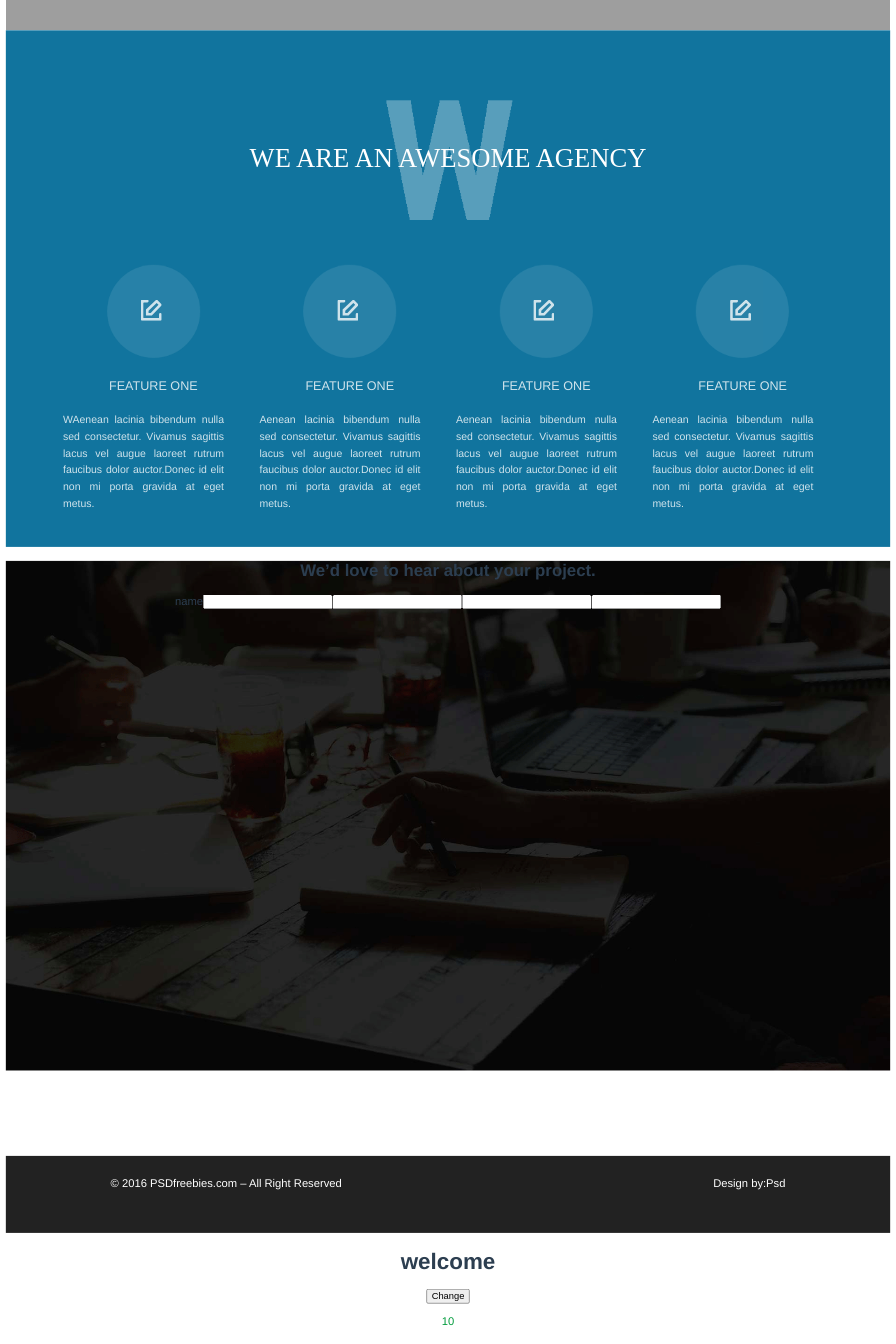
Repository: joker506/Creatives
Page: /
These files come from the project's save history. The page is drawn as it stood at one moment and after the next save; the edit follows.
The browser window is 1280 px wide. The pictures show the part of the page from y = 796 to 2716 px (the page is 2716 px tall before and 1846 px after), at 70% of full size.
Pictures or frames that could not be fetched are drawn as grey boxes. The project was rebuilt for these pictures with package versions that can differ from the ones it lists, and the page was loaded fresh each time.

Above is the page before, as saved 2020-04-11 21:05:35.

### public/index.html
<!DOCTYPE html>
<html lang="ru">

<head>
    <meta charset="utf-8">
    <meta http-equiv="X-UA-Compatible" content="IE=edge">
    <meta name="viewport" content="width=device-width,initial-scale=1.0">
    <link rel="icon" href="<%= BASE_URL %>favicon.ico">
    <title>
        <%= htmlWebpackPlugin.options.title %>
    </title>
</head>

<body>
    <noscript>
      <strong>We're sorry but <%= htmlWebpackPlugin.options.title %> doesn't work properly without JavaScript enabled. Please enable it to continue.</strong>
    </noscript>
    <div id="app"></div>
    <!-- built files will be auto injected -->
</body>

</html>

### src/main.js
import Vue from 'vue'
import Vuelidate from 'vuelidate'
import App from './App.vue'

Vue.use(Vuelidate)

Vue.config.productionTip = false

new Vue({
    render: h => h(App),
}).$mount('#app')

### src/App.vue
<template>
  <div id="app">
<HeaderApp />
<AdvantagesApp />
<TeamApp />
<FormApp />
<FooterApp />

    <HelloWorld
    @clicks="clickUp($event)"
       :msg=msg
       :counter=counter />
  </div>
</template>

<script>
import HelloWorld from './components/HelloWorld.vue'
import HeaderApp from './components/HeaderApp.vue'
import AdvantagesApp from './components/AdvantagesApp.vue'
import TeamApp from './components/TeamApp.vue'
import FormApp from './components/FormApp.vue'
import FooterApp from './components/FooterApp.vue'

export default {
  name: 'App',
  data(){

    return{
    msg:"welcome",
    counter:10,


    }

  },
  components: {
    HelloWorld,
    AdvantagesApp,
    HeaderApp,
    TeamApp,
    FormApp,
    FooterApp
  },
  methods:{
    clickUp(event){
      console.log("click")
      this.counter=event
    }
  }
}
</script>

<style>
#app {
  font-family: Avenir, Helvetica, Arial, sans-serif;
  -webkit-font-smoothing: antialiased;
  -moz-osx-font-smoothing: grayscale;
  text-align: center;
  color: #2c3e50;
  overflow: hidden;

}
</style>

### src/components/HelloWorld.vue
<template>
  <div class="hello">
    <h1>{{ msg }} </h1>
   <button @click="clickDown">Change</button>
   <p>{{counter}}</p>

  </div>
</template>

<script>
export default {
  name: 'HelloWorld',

  props: {
    msg: String,
    counter:Number

  },
  methods:{
    clickDown(){
      console.log("Your Click!")
      this.$emit("clicks",this.counter+1)

    }
  }
}
</script>

<style scoped>
h3 {
  margin: 40px 0 0;
}
ul {
  list-style-type: none;
  padding: 0;
}
li {
  display: inline-block;
  margin: 0 10px;
}
a {
  color: #42b983;
}
p{
  color:rgb(3, 156, 62);
}
</style>

### src/components/HeaderApp.vue
<template>

<header class="header">

<div class="header__top">
<a class="logo" href="#" >
    <img src="@/assets/Logo1.png" alt="logo">
</a>
<nav class="main-nav">
    <ul class="main-nav__items">
        <li class="item">
            <a href="#">Home</a> </li>
        <li class="item">
            <a href="#">Pages</a> </li>
        <li class="item">
            <a href="#">Features</a> </li>
        <li class="item">
            <a href="#">Extensions</a> </li>
        <li class="item">
            <a href="#">Tutorials</a> </li>
        <li class="item">
            <a href="#">Contact us</a> </li>
    </ul>
</nav>

<div class="social">
    <ul class="social__items">
        <li class="social__item social__item--fb">
            <a class="social__link" href="#"></a></li>
        <li class="social__item social__item--insta">
            <a class="social__link" href="#"></a></li>
        <li class="social__item social__item--teleg">
            <a class="social__link" href="#"></a></li>
        <li class="social__item social__item--vk">
            <a class="social__link" href="#"></a></li>
    </ul>
</div>

</div>
<div class="header__main">

<h1 class="header__title" >Creatives</h1>
<p class="text"><a href="Power by PSDfreebies.com"> Power by PSDfreebies.com</a></p>

<span class="btn__main">
    <a @click="scrollDown" href="#team" class="btn__main-link">scroll down</a>
</span>
</div>


</header>

</template>

<script>
export default {
    name:'HeaderApp',
    methods:{
        scrollDown(){
            console.log("scroll")
        }
    },

    directives:{
        font:{
            bind(el){
            el.style.fontSize='50px'
            }
        },
        color:{
            bind(el){
                el.style.color='#ffffff'
            }
        }
    }


}
</script>

<style lang="scss">
.header{
    margin: 0;
    padding: 0;
    max-width: 1600px;
    padding-top: 20px;
    font-size: 18px;
    background-image: url("~@/assets/Layer96.jpg");
    background-repeat: no-repeat;
    background-position: 0 0;
    background-size: cover;
}

.header__top{
    padding-right: 15px;
    padding-left: 15px;
    display: flex;
    justify-content: space-between;
    height: 90px;
    border-bottom: 3px solid hsla(0, 0%, 47%, 0.5);
}
.wrapper{
    width: 1200px;
}
.logo {
    list-style: none;
    cursor: pointer;
    color: #000000 ;
    &>img{
    width:79px;
    height:75px;
    }
}

.main-nav{
margin-left: 220px;
margin-right: 40px;
//border: 1px solid greenyellow;
}
.main-nav__items{
padding: 0;
margin: 0;
display: flex;
justify-content: space-between;
width: 700px;
height: 85px;
}
.item{
    width: 100px;
    height: 83px;
    list-style: none;
    font-family: "Myriad Pro";
    font-size: 20px;
    font-weight: 400;
    color: #ffffff;
    &:hover{
        border-bottom: 6px solid #11749e;
    }
    &>a{
        display: block;
        padding-top: 30px;
        height: 50px;
        text-decoration: none;
        color: #868686;
   /*  &:hover{
        color: blue;
    } */

    }
}
.social{
width: 141px;
}
.social__items{
    margin: 0;
    padding: 0;
    display: flex;
    justify-content: space-between;
    list-style: none;
}

.social__item{
    width: 20px;
    height: 20px;
    margin-top: 30px;
    position: relative;
    &--fb{
        background-image: url("~@/assets/facebook.svg");
        &:hover{
        background-image: url("~@/assets/fb-active.svg");
        }
    }
     &--insta{
        background-image: url("~@/assets/instagram.svg");
    }
     &--teleg{
        background-image: url("~@/assets/telegram.svg");
    }
     &--vk{
        background-image: url("~@/assets/vk.svg");
    }
    &::before{
        content: '';
        position: absolute;
        width: 30px;
        height: 30px;
         background-position: 0 0;
        background-repeat: no-repeat;
}
}


.social__link{
    display: block;
    padding-top: 30px;
    height: 50px;
    color: #868686;
    text-decoration: none;
}
/*
.header__main{
    height: 766px;
} */

.header__title{
    margin: 0 auto;
    margin-top: 130px;
    font-family: Gotham;
    font-size: 153px;
    font-weight: 700;
    text-transform: uppercase;
    letter-spacing: -1.92px;
}

.text{
margin: 0 auto;
margin-top: 30px;
color: #11749e;
font-family: Gotham;
font-size: 25px;
font-weight: 500;
line-height: 51.19px;
text-transform: uppercase;
letter-spacing: 7.88px;
}
.text>a{
    text-decoration: none;
    color: bisque;
}
.btn__main{
    display: block;
    margin-top: 115px;
    padding-bottom: 115px;
    position: relative;

}
.btn__main-link{
    color:beige;
    cursor: pointer;
    font-weight: 500;
    line-height: 22px;
    text-transform: capitalize;
        &::after{
        content: '';
        display: block;
        left: 50%;
        margin: auto;
        margin-top: 15px;
        width: 65px;
        height: 65px;
        background-image: url("~@/assets/chevron.svg");
        background-repeat: no-repeat;
        background-position: 0 0;
        background-size: cover;
        }
        &:hover{
color: #11749e;
}
}



</style>

### src/components/AdvantagesApp.vue
<template >
<section class="advantages" >
    <div class="wrap">
<h2 class="advantages__title">
    We Are An Awesome Agency
</h2>
    </div>
    <div class="advantages-block">
<div class="block__first">
   <div><img src="~@/assets/Ellipse1.png" alt="ellipse"></div>
    <h3 class="block__title">Feature One</h3>
    <p class="block__text">WAenean lacinia bibendum nulla sed consectetur. Vivamus sagittis lacus vel augue laoreet rutrum faucibus dolor auctor.Donec id elit non mi porta gravida at eget metus.
</p>
</div>
<div class="block__first">
    <div><img src="~@/assets/Ellipse1.png" alt="ellipse"></div>
    <h3 class="block__title">Feature One</h3>
     <p class="block__text">Aenean lacinia bibendum nulla sed consectetur. Vivamus sagittis lacus vel augue laoreet rutrum faucibus dolor auctor.Donec id elit non mi porta gravida at eget metus.
</p>
</div>
<div class="block__first">
    <div><img src="~@/assets/Ellipse1.png" alt="ellipse"></div>
    <h3 class="block__title">Feature One</h3>
     <p class="block__text">Aenean lacinia bibendum nulla sed consectetur. Vivamus sagittis lacus vel augue laoreet rutrum faucibus dolor auctor.Donec id elit non mi porta gravida at eget metus.
</p>
</div>
<div class="block__first">
    <div><img src="~@/assets/Ellipse1.png" alt="ellipse"></div>
    <h3 class="block__title">Feature One</h3>
    <p class="block__text">Aenean lacinia bibendum nulla sed consectetur. Vivamus sagittis lacus vel augue laoreet rutrum faucibus dolor auctor.Donec id elit non mi porta gravida at eget metus.
</p>
</div>
</div>

</section>
</template>

<script>
export default {
    name:'AdvantagesApp',

}
</script>

<style lang="scss">

.advantages{
max-width: 1600px;
height: 738px;
background-color: #11749e;
}
.wrap{
    margin: 0;
}
.advantages-logo{
margin-top: 108px;
    opacity: 0.3 ;
}

.advantages__title{
    margin: 0;
padding-top: 170px;
margin-bottom: 140px;
color: #ffffff;
font-family: Gotham;
font-size: 38px;
font-weight: 500;
line-height: 25px;
text-transform: uppercase;
position: relative;
&::before{
    content: '';
    position: absolute;
    top: 100px;
    left: 43%;
    width: 180px;
    height: 180px;
    opacity: 0.3;
    background-image: url("~@/assets/W.png");
    background-size: contain;
    background-repeat: no-repeat;
    background-position: 0 0;
}
}
.advantages-block{
    width: 1100px;
    margin: 0 auto;
    display: flex;
    justify-content: space-between;
}
.block__first{
    width: 258px;

    color: #ffffff;
    opacity: 0.8;


}
.block__first>div{
    opacity: 1;
    position: relative;
      &::before{
    content: '';
    position: absolute;
    top: 50px;
    left: 111px;
    width: 30px;
    height: 30px;
    background-image: url("~@/assets/Write.svg");
    background-position: 0 0;
    background-repeat: no-repeat;
    background-size: contain;
}
    }


.block__title{
    font-size: 18px;
font-weight: 500;
line-height: 36px;
text-transform: uppercase;

}
.block__text{
    width: 230px;
text-align: justify;    ;
font-size: 15px;
font-weight: 400;
line-height: 24px;
}
</style>

### src/components/TeamApp.vue
<template>
<section class="team" id="team">
<div class="wrap">
<h2 class="team__title">Our Team</h2>
<p class="team__text">sales long tail influencer pitch release niche market.</p>
</div>

<div class="team-block">

<div v-for="staff in staffs" :key="staff.id" class="staff__first" >
    <img :src="require('@/assets'+staff.img)" alt="">
    <div class="staff-wrap">
    <h3 class="staff__title">{{staff.name}}</h3>
    <span class="staff__prof">{{staff.proff}}</span>
    </div>
</div>

    </div>

    </section>
</template>

<script>
export default {
    name:'TeamApp',
    data(){
        return{
            staffs:[
                {
                    id:1,
                    name:"JOHN SNOW",
                    proff:"CEO",
                    img:'/Layer81.png'
                },
                {
                    id:2,
                    name:"LADY SANSA",
                    proff:"WebDesigner",
                    img:'/Layer82.png'
                },
                {
                    id:3,
                    name:"JOHN MMAc",
                    proff:"Pgotographer",
                    img:'/Layer83.png'
                },
                {
                    id:4,
                    name:"LADY SIMPS",
                    proff:"Pgotographer",
                    img:'/Layer84.png'
                },


            ]
        }
    }
}
</script>

<style lang="scss">
.team{
    margin: 0;
    padding: 0;
    max-width: 1600px;
padding-bottom: 10px;
background-color: #f3f0f0;
}
.team__title{
margin: 0;
padding: 0;
padding-top: 140px;
font-size: 38px;
font-weight: 500;
line-height: 45px;
text-transform: uppercase;
position: relative;
&::before{
    content: '';
    position: absolute;
    top: 70px;
    left: 45%;
    width: 120px;
    height: 180px;
    background-image: url('~@/assets/T.png');
    background-position: 0 0;
    background-repeat: no-repeat;
    background-size: contain;
}
}
.team__text{
    margin-top: 140px;
    color: #222222;
font-family: "Gotham - Book";
font-size: 30px;
font-weight: 400;
line-height: 37px;
}
.team-block{
    margin-top: 70px;
    width: 1200px;
    margin: 0 auto;
    display: flex;
    justify-content: space-between;

}
.staff__first {
    width: 270px;
    height: 480px;
    position: relative;
}

.staff-wrap{
    position: absolute;
    top: 360px;
    left: 25px;
    width: 216px;
    height: 117px;
    background-color: #ffffff;
    &:hover{
        border: 1px solid rgb(245, 243, 243);
        box-shadow: 0px 0px 10px 5px rgb(225, 229, 233);
    }
    }
.staff__title{
    color: #11749e;
font-family: Gotham;
font-size: 20px;
font-weight: 500;
line-height: 24px;
text-transform: uppercase;
}

.staff__prof{
    font-family: Gotham;
    font-size: 15px;
    font-weight: 600;
    line-height: 24px;
}
</style>

### src/components/FormApp.vue
<template>
<div class="form">
<h2 class="form__title">We’d love to hear about your project.</h2>
<form action="">
    <label for="name">name</label>
    <input type="text"
            id="name"
            required
            v-model="name"
            placeholder="Name">
    <input type="email">
    <input type="phone">
    <input type="textarea">
</form>
</div>
</template>

<script>

import {required} from 'vuelidate/lib/validators'
export default {
name:'FormApp',
data(){
    return{
    name:" ",
    required:"",
    }
},

}
</script>

<style>
.form{
    max-width: 1600px;
    height: 850px;
    background-image: url("~@/assets/form-logo.png");
    background-repeat: no-repeat;
    background-size: contain;
}

</style>

### src/components/FooterApp.vue
<template>
<footer class="footer">
    <div class="copyright">© 2016 PSDfreebies.com – All Right Reserved</div>
    <div class="design">
        <p>Design by:Psd</p>
    </div>
</footer>
</template>

<script>
export default {
    name:'FooterApp'
}
</script>>
<style lang="scss">
.footer{
    max-width: 1600px;
    height: 110px;
    background-color: #222222;
    padding-right: 150px;
    padding-left: 150px;
    display: flex;
    justify-content: space-between;
}
.copyright,
.design{
    color: #ffffff;
    padding-top: 30px;
}
.design>p{
    margin: 0;
}
</style>

After the next save:
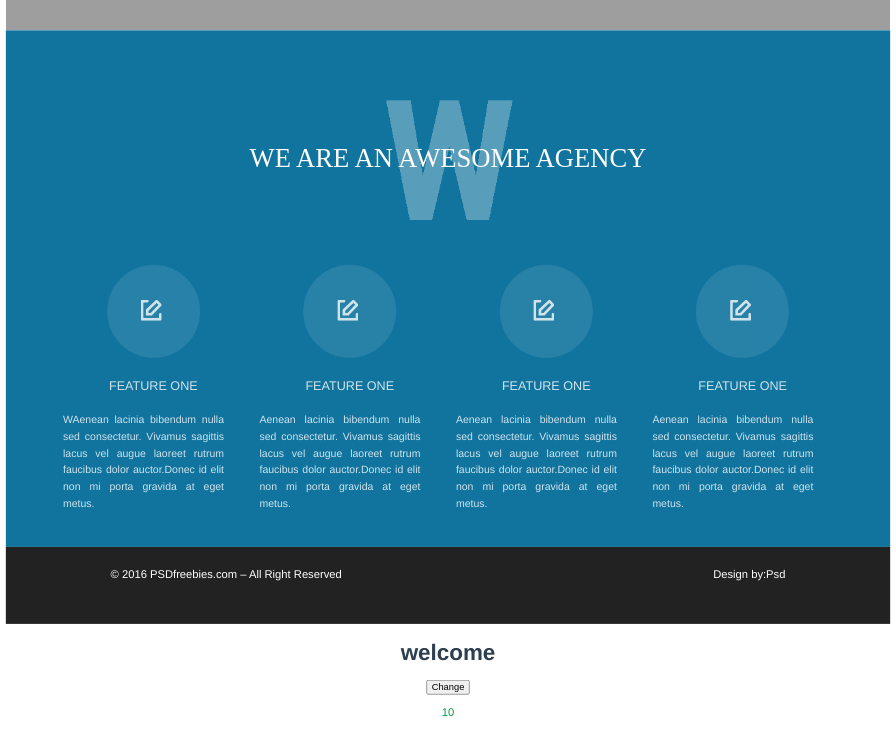
Saved 3 min 4 s later.
--- a/src/components/FormApp.vue
+++ b/src/components/FormApp.vue
@@ -5,7 +5,7 @@
     <label for="name">name</label>
     <input type="text"
             id="name"
-            required
+            @blur="$v.name"
             v-model="name"
             placeholder="Name">
     <input type="email">

After the 2 saves that followed:
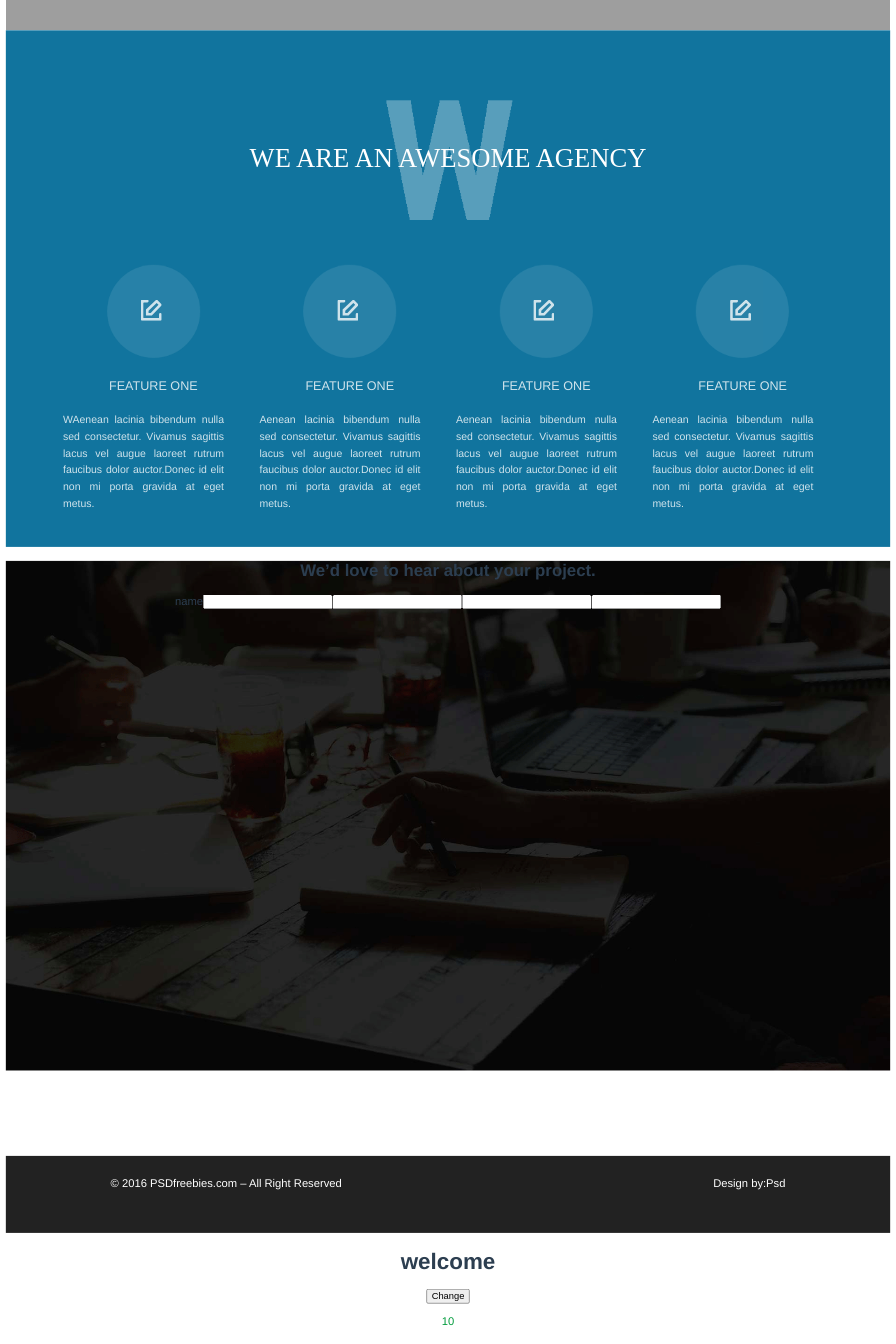
The 2 saves are shown as one change because 1 left the picture as it was.
The last was saved 106 s later.
--- a/src/components/FormApp.vue
+++ b/src/components/FormApp.vue
@@ -5,7 +5,7 @@
     <label for="name">name</label>
     <input type="text"
             id="name"
-            @blur="$v.name"
+            @blur="$v.name.$.touch()"
             v-model="name"
             placeholder="Name">
     <input type="email">
@@ -17,13 +17,13 @@
 
 <script>
 
-import {required} from 'vuelidate/lib/validators'
+import {} from 'vuelidate/lib/validators'
 export default {
 name:'FormApp',
 data(){
     return{
     name:" ",
-    required:"",
+    required:" ",
     }
 },
 
